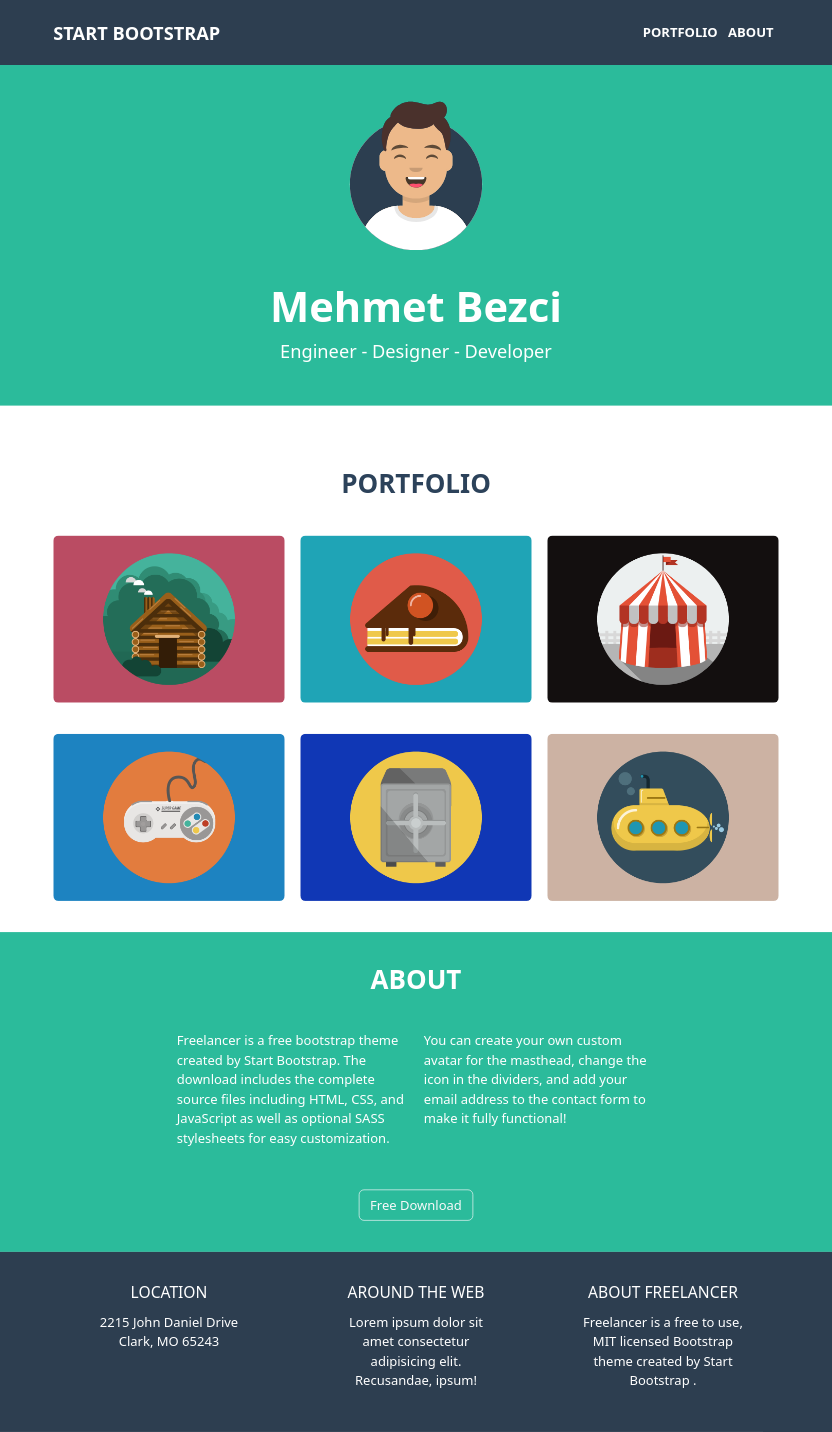
Repository: 7JaxeN7/WT-1255P-Mehmet_BEZC-
Page: index.html
The author's editor kept a copy of each file at every save. The page is drawn from the files as they stood at one save, then again after the next save.
The browser window is 1280 px wide. The pictures show the whole page, at 65% of full size.

Above is the page before, as saved 2025-01-07 00:44:51.

### index.html
<!DOCTYPE html>
<html lang="tr">

<head>
  <meta charset="UTF-8">
  <meta name="viewport" content="width=device-width, initial-scale=1.0">
  <link rel="stylesheet" href="style.css">
  <link href="https://cdn.jsdelivr.net/npm/bootstrap@5.3.3/dist/css/bootstrap.min.css" rel="stylesheet"
    integrity="sha384-QWTKZyjpPEjISv5WaRU9OFeRpok6YctnYmDr5pNlyT2bRjXh0JMhjY6hW+ALEwIH" crossorigin="anonymous">
  <title>Start Bootstrap</title>
</head>

<body>
  <!-- Navbar -->
  <header>
    <nav class="navbar navbar-expand-lg navbar-bg">
      <div class="container pt-3 pb-3">
        <a class="navbar-brand text-white fw-bolder fs-3" href="#">START BOOTSTRAP</a>
        <button class="navbar-toggler" type="button" data-bs-toggle="collapse" data-bs-target="#navbarNav"
          aria-controls="navbarNav" aria-expanded="false" aria-label="Toggle navigation">
          <span class="navbar-toggler-icon"></span>
        </button>
        <div class="collapse navbar-collapse" id="navbarNav">
          <ul class="navbar-nav ms-auto">
            <li class="nav-item">
              <a class="nav-link text-white fw-bolder fs-5" href="#">PORTFOLIO</a>
            </li>
            <li class="nav-item">
              <a class="nav-link text-white fw-bolder fs-5" href="#">ABOUT</a>
            </li>
          </ul>
        </div>
      </div>
    </nav>
  </header>
  <!-- Herosection -->
  <div class="herosection-bg pt-5 pb-5">
    <div class="container text-center">
      <img src="/assets/img/avataaars.svg" width="20%" />
      <h1 class="mt-5 text-white fw-bolder display-3">Mehmet Bezci</h1>
      <p class="text-white fs-3">Engineer - Designer - Developer</p>
    </div>
  </div>
  <!-- Portfolio -->
  <div class="portfolio-section">
    <h2 class="text-center mt-5 pt-5 pb-5 fs-1 fw-semibold portfolio-tittle">PORTFOLIO</h2>
    <div class="container">
      <div class="row">
        <div class="col-12 col-md-6 col-lg-4 mb-5">
          <img src="/assets/img/cabin.png" class="img-fluid rounded-3">
        </div>
        <div class="col-12 col-md-6 col-lg-4 mb-5">
          <img src="/assets/img/cake.png" class="img-fluid rounded-3">
        </div>
        <div class="col-12 col-md-6 col-lg-4 mb-5">
          <img src="/assets/img/circus.png" class="img-fluid rounded-3">
        </div>
        <div class="col-12 col-md-6 col-lg-4 mb-5">
          <img src="/assets/img/game.png" class="img-fluid rounded-3">
        </div>
        <div class="col-12 col-md-6 col-lg-4 mb-5">
          <img src="/assets/img/safe.png" class="img-fluid rounded-3">
        </div>
        <div class="col-12 col-md-6 col-lg-4 mb-5">
          <img src="/assets/img/submarine.png" class="img-fluid rounded-3">
        </div>
      </div>
    </div>
  </div>
  <!-- About -->
  <div class="about-section">
    <div class="container">
      <h2 class="about-tittle fs-1 fw-semibold text-center pt-5 pb-5"> ABOUT</h2>
      <div class="row justify-content-center">
        <div class="col-lg-4 fs-5 text-white">
          <p>
            Freelancer is a free bootstrap theme created by Start Bootstrap. The download includes the complete source
            files including HTML, CSS, and JavaScript as well as optional SASS stylesheets for easy customization.
          </p>
        </div>
        <div class="col-lg-4 fs-5 text-white">
          <p>
            You can create your own custom avatar for the masthead, change the icon in the dividers, and add your email
            address to the contact form to make it fully functional!
          </p>
        </div>
      </div>
      <div class="d-flex justify-content-center">
        <button class="mt-5 mb-5 btn btn-outline-light btn-lg">Free Download</button>
      </div>
    </div>
  </div>
  <!-- Footer -->
  <footer>
    <div class="footer-section pt-5 pb-5">
      <div class="container">
        <div class="row">
          <div class="col-lg-4 text-center px-3">
            <h5 class="fs-4 text-white mb-3">LOCATION</h5>
            <p class="text-white fs-5 px-5">
              2215 John Daniel Drive Clark, MO 65243
            </p>
          </div>
          <div class="col-lg-4 text-center px-3">
            <h5 class="fs-4 text-white mb-3 text-uppercase">Around the Web</h5>
            <p class="text-white fs-5 px-5">
              Lorem ipsum dolor sit amet consectetur adipisicing elit. Recusandae, ipsum!
            </p>
          </div>
          <div class="col-lg-4 text-center px-3">
            <h5 class="fs-4 text-white mb-3 text-uppercase">About Freelancer</h5>
            <p class="text-white fs-5 px-5">
              Freelancer is a free to use, MIT licensed Bootstrap theme created by Start Bootstrap .
            </p>
          </div>
        </div>
      </div>
    </div>
  </footer>
  <!-- Burası bootstrap script kısmı -->
  <script src="https://cdn.jsdelivr.net/npm/bootstrap@5.3.3/dist/js/bootstrap.bundle.min.js"
    integrity="sha384-YvpcrYf0tY3lHB60NNkmXc5s9fDVZLESaAA55NDzOxhy9GkcIdslK1eN7N6jIeHz"
    crossorigin="anonymous"></script>
</body>

</html>

### style.css
.navbar-bg {
  background-color: #2d3e50 !important;
}
.herosection-bg{
    background-color: #2bbb9b ;
}
.portfolio-tittle{
    color: #2c425a;
}
.about-section{
    background-color: #2bbb9b ;
}
.about-tittle{
    color: #ffffff;
}
.footer-section{
    background-color: #2d3e50;
}

After the next save:
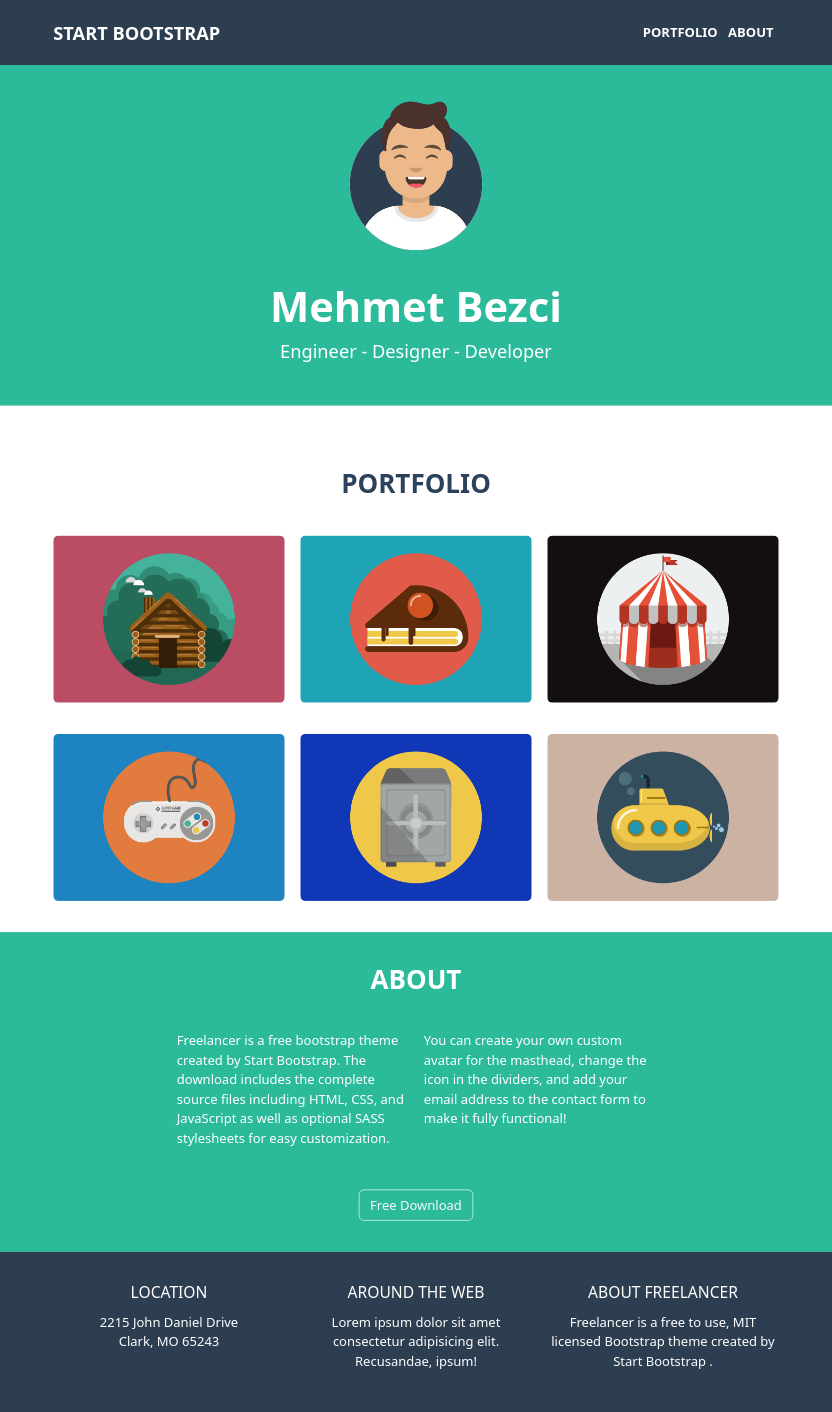
Saved 51 s later.
--- a/index.html
+++ b/index.html
@@ -103,13 +103,13 @@
           </div>
           <div class="col-lg-4 text-center px-3">
             <h5 class="fs-4 text-white mb-3 text-uppercase">Around the Web</h5>
-            <p class="text-white fs-5 px-5">
+            <p class="text-white fs-5">
               Lorem ipsum dolor sit amet consectetur adipisicing elit. Recusandae, ipsum!
             </p>
           </div>
           <div class="col-lg-4 text-center px-3">
             <h5 class="fs-4 text-white mb-3 text-uppercase">About Freelancer</h5>
-            <p class="text-white fs-5 px-5">
+            <p class="text-white fs-5">
               Freelancer is a free to use, MIT licensed Bootstrap theme created by Start Bootstrap .
             </p>
           </div>
